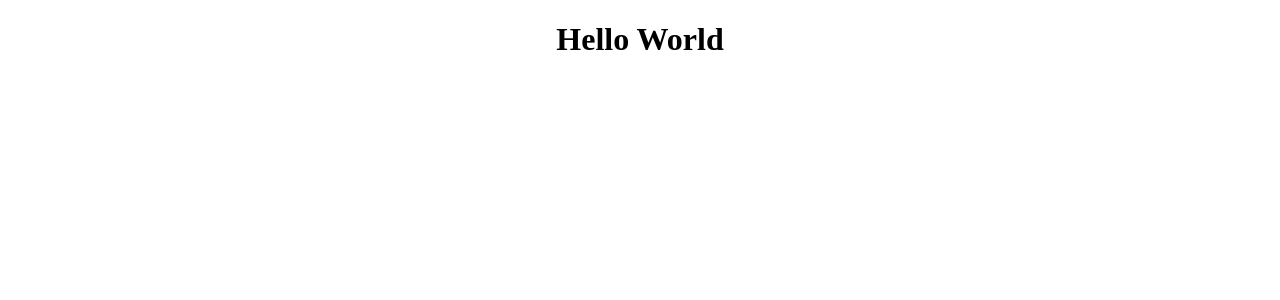
Repository: roneetkumar/java-enterprise
Page: http://localhost/Students/
The author's editor kept a copy of each file at every save. The page is drawn from the files as they stood at one save, then again after the next save.
The browser window is 1280 px wide. The pictures show the whole page.
The page is served by Tomcat 9.

Above is the page before, as saved 2020-02-25 19:44:35.

After the next save:
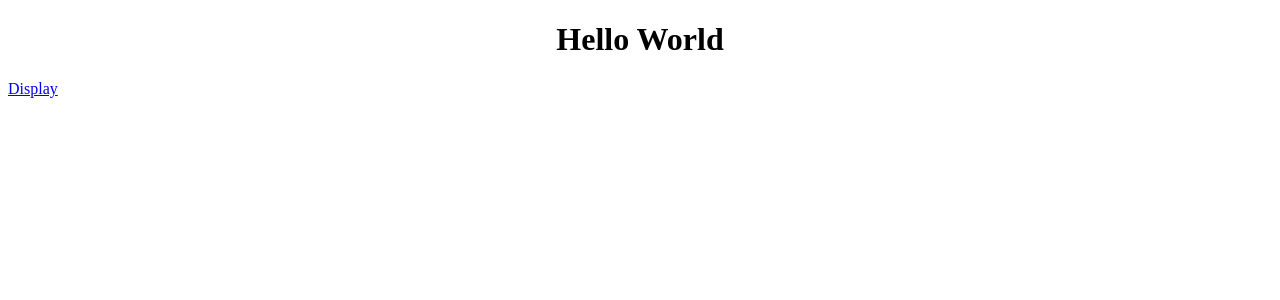
Saved 10 s later.
--- a/Students/WebContent/index.jsp
+++ b/Students/WebContent/index.jsp
@@ -9,7 +9,7 @@
 <body>
 	<h1 align="center">Hello World</h1>
 
-	<a href="DisplayAllStudents">
+	<a href="DisplayAllStudents">Display</a>
 
 </body>
 </html>
